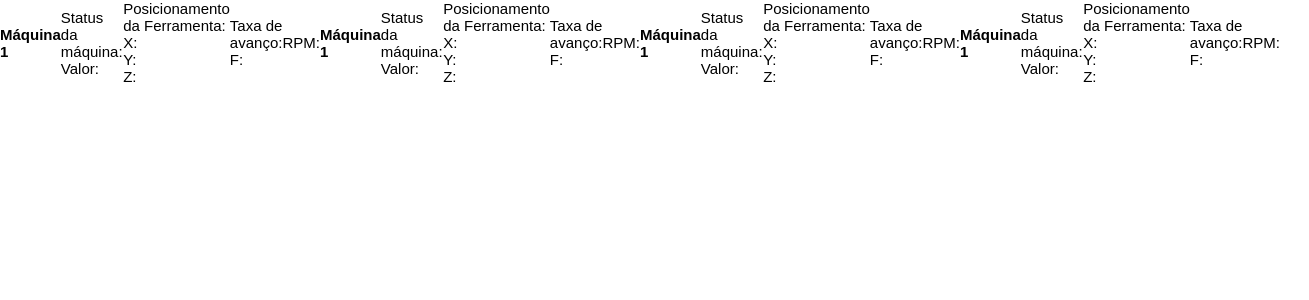
Repository: Murilo-Herrick/Dados-Faculdade
Page: Faculdade - SENAI/1º Semestre/Projeto Integrador/Desenvolvimento/WEB/Monitoramento_CNC_V0.2/TelaPrincipal.html
An editor plug-in stored every save of this project. The page is shown before and after the next save, followed by the edit.
The browser window is 1280 px wide. The page is 1280 px wide, then 1309 px, so the pictures cover 1309 px, including what lies to the right of the window. The pictures show the whole page.

Above is the page before, as saved 2024-05-17 01:07:16.

After the next save:
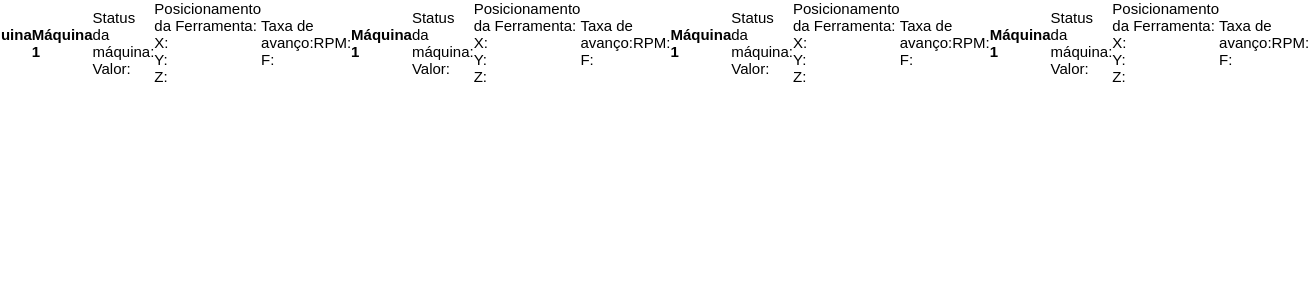
Saved 11 s later.
--- a/Faculdade - SENAI/1º Semestre/Projeto Integrador/Desenvolvimento/WEB/Monitoramento_CNC_V0.2/TelaPrincipal.html
+++ b/Faculdade - SENAI/1º Semestre/Projeto Integrador/Desenvolvimento/WEB/Monitoramento_CNC_V0.2/TelaPrincipal.html
@@ -1,3 +1,18 @@
+<!DOCTYPE html>
+<html lang="pt_">
+<head>
+    <meta charset="UTF-8">
+    <meta name="viewport" content="width=device-width, initial-scale=1.0">
+    <title>Máquina CNC</title>
+    <link rel="stylesheet" href="css/TelaPrincipal.css">
+</head>
+<body>
+    <h1>Máquina 1</h1>
+    <div class="container"></div>
+
+    <script src="js/TelaPrincipal.js"></script>
+</body>
+</html>
 <!DOCTYPE html>
 <html lang="pt_">
 <head>
